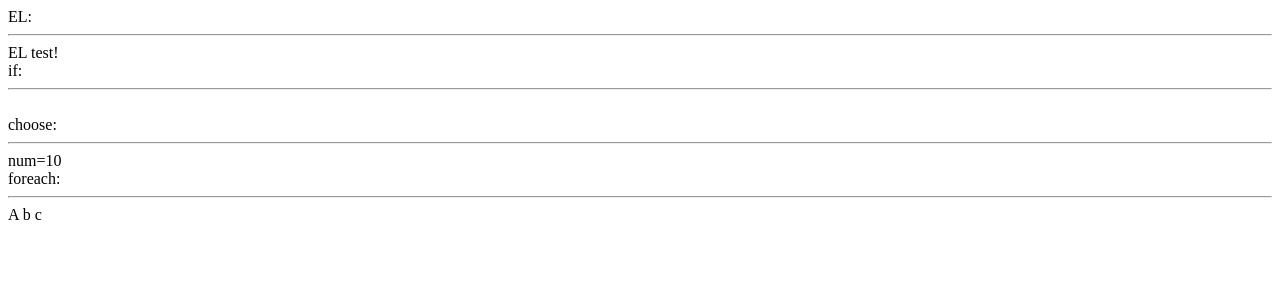
Repository: icankeep/Java
Page: http://localhost/web-crud/test.jsp
The author's editor kept a copy of each file at every save. The page is drawn from the files as they stood at one save, then again after the next save.
The browser window is 1280 px wide. The pictures show the whole page.
The page is served by Tomcat 9. Other server files are loaded and not shown.

Above is the page before, as saved 2018-12-04 11:45:28.

### workspace/web-crud/webapp/test.jsp
<%@ page language="java" contentType="text/html; charset=UTF-8" import="java.util.Arrays"%>
<%@taglib uri="http://java.sun.com/jsp/jstl/core" prefix="c"%>
<!DOCTYPE html PUBLIC "-//W3C//DTD HTML 4.01 Transitional//EN" "http://www.w3.org/TR/html4/loose.dtd">
<html>
<head>
<meta http-equiv="Content-Type" content="text/html; charset=UTF-8">
<title>Insert title here</title>
</head>
<body>
	EL:
	<hr/>
	<%
		String test = "EL test!";
		request.setAttribute("test", test);
		request.setAttribute("num", 10);
		request.setAttribute("str",Arrays.asList("A","b","c"));
	%>
	${test}
	<br/>
	if:
	<hr/>
	<c:if test="${num > 10}">num>10</c:if>
	<br/>
	choose:
	<hr/>
	<c:choose>
		<c:when test="${num == 10}">num=10</c:when>
		<c:otherwise>num!=10</c:otherwise>
	</c:choose>
	<br/>
	foreach:
	<hr/>
	<c:forEach items="${str}" var="s">
		${s}
	</c:forEach>

</body>
</html>

After the next save:
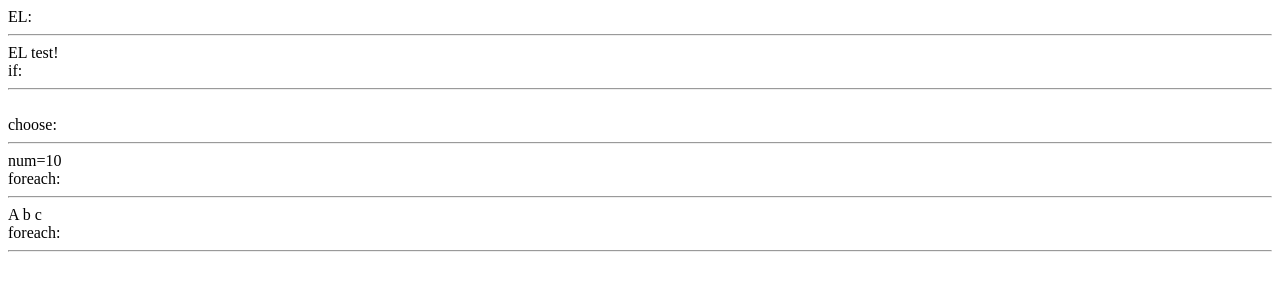
Saved 82 s later.
--- a/workspace/web-crud/webapp/test.jsp
+++ b/workspace/web-crud/webapp/test.jsp
@@ -33,6 +33,10 @@
 	<c:forEach items="${str}" var="s">
 		${s}
 	</c:forEach>
+	<br/>
+	foreach:
+	<hr/>
+	<c:forEach begin="1" step="1" end="10"></c:forEach>
 
 </body>
 </html>
